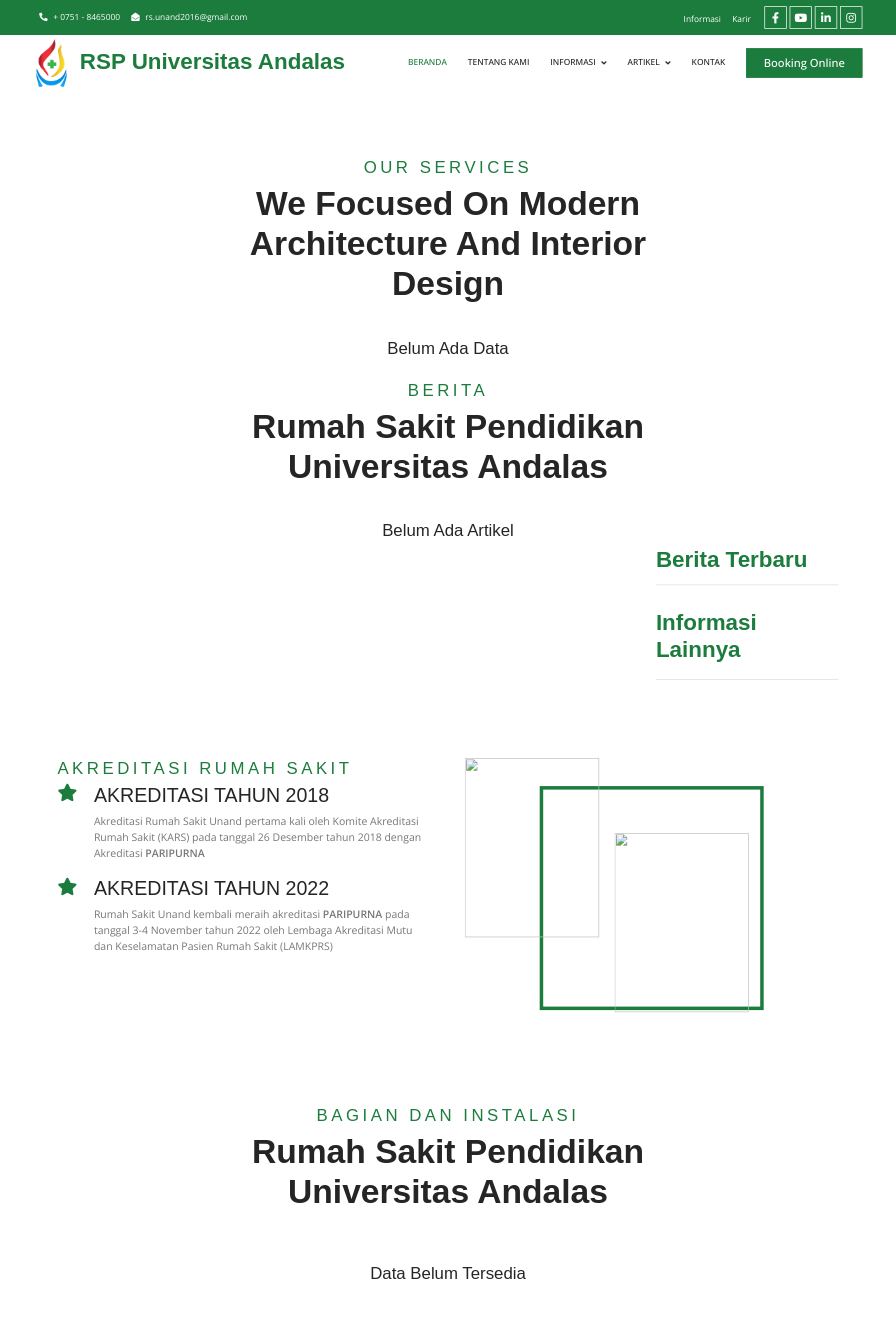
Repository: vivin-erialis/rsunand-site
Page: http://localhost/
The author's editor kept a copy of each file at every save. The page is drawn from the files as they stood at one save, then again after the next save.
The browser window is 1280 px wide. The pictures show the part of the page from y = 0 to 1920 px (the page is 3145 px tall), at 70% of full size.
Some web fonts or font styles are not loaded; a fallback is used. Some web libraries are served in a nearby version. The page is served by the project's Laravel application, run on PHP 8.4 with Laravel 12. Queries for data that is not in the repository find no rows.

Above is the page before, as saved 2024-06-10 08:31:25.
Console error: TypeError: Cannot read properties of undefined (reading 'version')

After the next save:
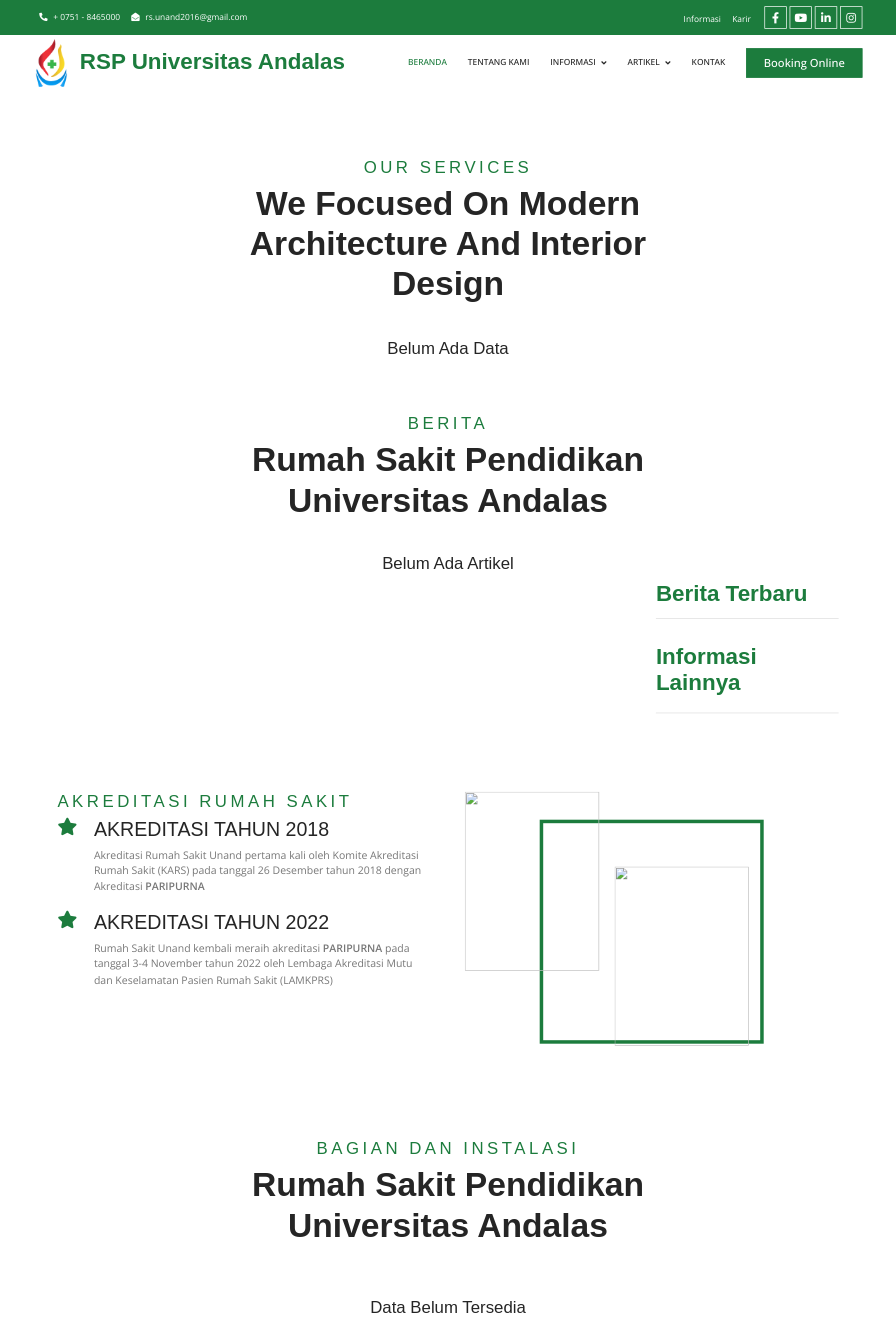
Saved 20 s later.
--- a/resources/views/Frontend/home.blade.php
+++ b/resources/views/Frontend/home.blade.php
@@ -76,7 +76,7 @@
                 <h4 class="mt-5 text-center">Belum Ada Data</h4>
             @endif
             <div class="row g-4">
-                    @foreach ($layanan as $item)
+                @foreach ($layanan as $item)
                     <div class="col-lg-4 col-md-6 wow fadeInUp" data-wow-delay="0.5s">
                         <div class="service-item d-flex position-relative text-center h-100">
                             @if ($item->gambar)
@@ -95,15 +95,15 @@
                             @endif
                             <div class="service-text p-5">
                                 {{-- <i class="fa fa-star flex-shrink-0" style="color: #1C7C3D; font-size: 25px"> --}}
-                                    <h3 class="mb-3">{{$item->nama_layanan}}</h3>
-                                    <p class="mb-4">{{ Str::limit($item->desc, 80, '...') }}.</p>
-                                    <a class="btn" href=""><i class="fa fa-plus text-primary me-3"></i>Read
-                                        More</a>
-                            </div>
-                        </div>
-                    </div>
-                </div>
-            @endforeach
+                                <h3 class="mb-3">{{ $item->nama_layanan }}</h3>
+                                <p class="mb-4">{{ Str::limit($item->desc, 80, '...') }}.</p>
+                                <a class="btn" href=""><i class="fa fa-plus text-primary me-3"></i>Read
+                                    More</a>
+                            </div>
+                        </div>
+                    </div>
+                @endforeach
+            </div>
         </div>
     </div>
     <!-- Service End -->
